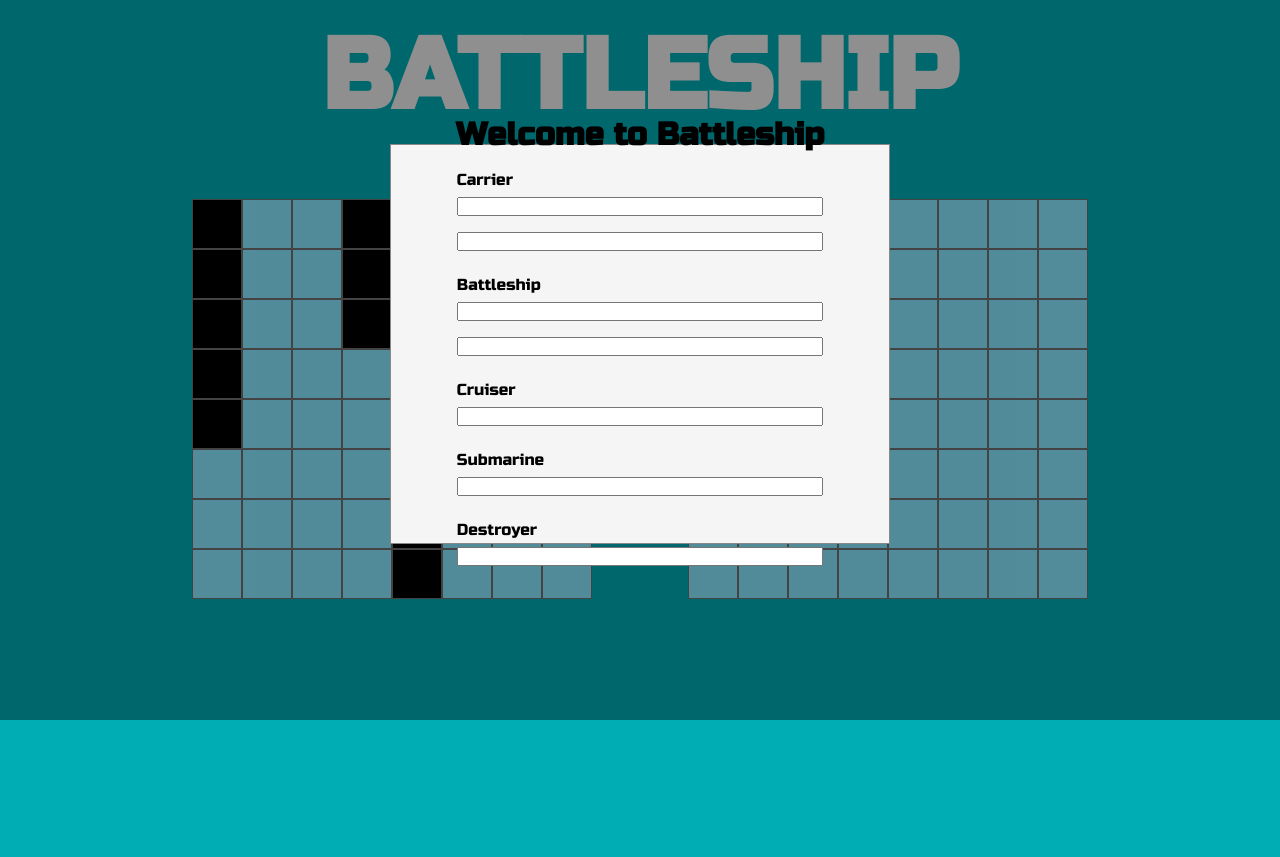
Repository: AzharMoosa/battleship
Page: /
An editor plug-in stored every save of this project. The page is shown before and after the next save, followed by the edit.
The browser window is 1280 px wide. The pictures show the whole page.
The project was rebuilt for these pictures with package versions that can differ from the ones it lists, and the page was loaded fresh each time.

Above is the page before, as saved 2020-07-09 10:12:15.

After the next save:
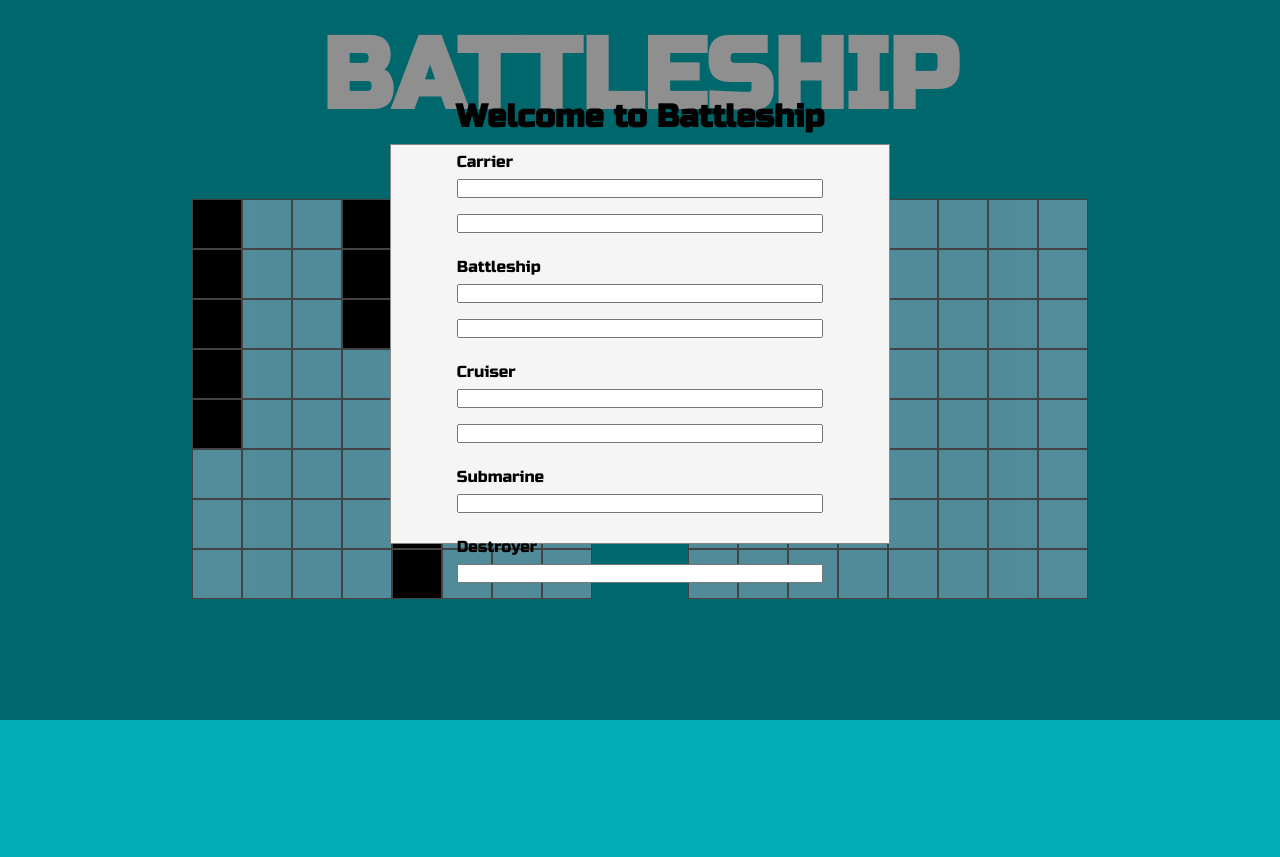
Saved 7 s later.
--- a/src/components/PlaceShip.js
+++ b/src/components/PlaceShip.js
@@ -49,6 +49,11 @@ const PlaceShip = () => {
             onChange={(e) => setCruiserX(e.target.value)}
             className='coord-input'
           />
+          <input
+            type='text'
+            onChange={(e) => setCruiserY(e.target.value)}
+            className='coord-input'
+          />
         </div>
         <div className='coord-inputs'>
           <label htmlFor='submarine'>Submarine</label>
